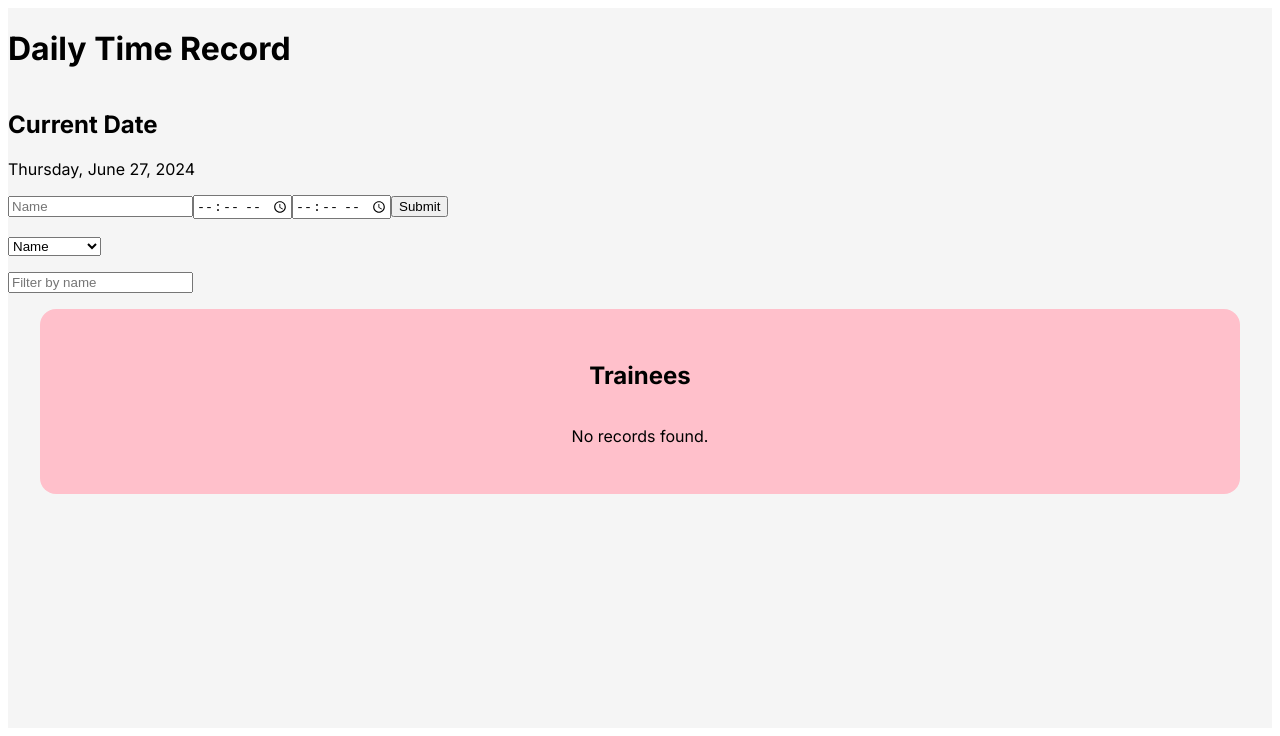
Repository: EeeeeEyyyy/daily_time_record
Page: /
These files come from the project's save history. The page is drawn as it stood at one moment and after the next save; the edit follows.
The browser window is 1280 px wide. The pictures show the whole page.
The project was rebuilt for these pictures with package versions that can differ from the ones it lists, and the page was loaded fresh each time. The framework's server and built-in components were replaced by stand-ins that run in the browser. Also part of the build but not shown: next.config.mjs, src/app/globals.css.

Above is the page before, as saved 2024-06-27 15:04:19.

### src/app/layout.js
import { Inter } from "next/font/google";
import "./globals.css";

const inter = Inter({ subsets: ["latin"] });

export const metadata = {
  title: "Daily Time Record",
  description: "Generated by create next app",
};

export default function RootLayout({ children }) {
  return (
    <html lang="en">
      <body className={inter.className}>{children}</body>
    </html>
  );
}

### src/app/page.js
"use client";
import React, { useEffect, useState } from 'react';
import styles from './page.module.css';
const DailyTimeRecord = () => {
  const [data, setData] = useState([]);
  const [name, setName] = useState('');
  const [arrivalTime, setArrivalTime] = useState('');
  const [timeOut, setTimeOut] = useState('');
  const [date, setDate] = useState('');
  const [errors, setErrors] = useState({ name: '', arrivalTime: '', timeOut: '' });
  const [filter, setFilter] = useState('');
  const [filterType, setFilterType] = useState('name');
  const [editIndex, setEditIndex] = useState(null);
  useEffect(() => {
    const storedData = JSON.parse(localStorage.getItem('user')) || [];
    setData(storedData);
    setDate(getCurrentDate());
  }, []);
  const getCurrentDate = () => {
    const now = new Date();
    return now.toLocaleDateString('en-US', {
      weekday: 'long',
      year: 'numeric',
      month: 'long',
      day: 'numeric'
    });
  };
  const formatTimeForInput = (time) => {
    const date = new Date();
    const [hours, minutes] = time.split(':');
    date.setHours(hours);
    date.setMinutes(minutes);
    return date.toTimeString().slice(0, 5);
  };
  const handleChangeName = (value) => {
    setName(value);
  };
  const handleChangeArrivalTime = (value) => {
    setArrivalTime(value);
  };
  const handleChangeTimeOut = (value) => {
    setTimeOut(value);
  };
  const handleSubmit = () => {
    const newErrors = {
      name: name ? '' : 'Name is required',
      arrivalTime: arrivalTime ? '' : 'Arrival time is required',
      timeOut: timeOut ? '' : 'Time out is required'
    };
    if (newErrors.name || newErrors.arrivalTime || newErrors.timeOut) {
      setErrors(newErrors);
      return;
    }
    const payload = {
      name,
      date,
      arrivalTime: formatTimeForInput(arrivalTime),
      timeOut: formatTimeForInput(timeOut)
    };
    if (editIndex !== null) {
      const updatedData = data.map((item, index) =>
        index === editIndex ? payload : item
      );
      setData(updatedData);
      localStorage.setItem('user', JSON.stringify(updatedData));
      setEditIndex(null);
    } else {
      const updatedData = [...data, payload];
      setData(updatedData);
      localStorage.setItem('user', JSON.stringify(updatedData));
    }
    setName('');
    setArrivalTime('');
    setTimeOut('');
    setErrors({ name: '', arrivalTime: '', timeOut: '' });
  };
  const handleDelete = (index) => {
    const updatedData = data.filter((_, i) => i !== index);
    setData(updatedData);
    localStorage.setItem('user', JSON.stringify(updatedData));
  };
  const handleEdit = (index) => {
    const record = data[index];
    setName(record.name);
    setArrivalTime(record.arrivalTime);
    setTimeOut(record.timeOut);
    setEditIndex(index);
  };
  const handleFilterChange = (e) => {
    setFilter(e.target.value);
  };
  const handleFilterTypeChange = (e) => {
    setFilterType(e.target.value);
  };
  const filteredData = data.filter((item) => {
    const searchTerm = filter.toLowerCase();
    if (filterType === 'name') {
      return item.name.toLowerCase().includes(searchTerm);
    } else if (filterType === 'date') {
      return item.date.toLowerCase().includes(searchTerm);
    } else if (filterType === 'arrivalTime') {
      return item.arrivalTime.toLowerCase().includes(searchTerm);
    } else if (filterType === 'timeOut') {
      return item.timeOut.toLowerCase().includes(searchTerm);
    }
    return false;
  });
  return (
    <div className={styles.main}>
              <h1>Daily Time Record</h1>
      <div>
        <h2>Current Date</h2>
        <p>{date}</p>
      </div>
<div>
        <input
        type="text"
        placeholder="Name"
        value={name}
        onChange={(e) => handleChangeName(e.target.value)}
      />
      {errors.name && <p style={{ color: 'red' }}>{errors.name}</p>}
      <input
        type="time"
        placeholder="Time of Arrival"
        value={arrivalTime}
        onChange={(e) => handleChangeArrivalTime(e.target.value)}
      />
      {errors.arrivalTime && <p style={{ color: 'red' }}>{errors.arrivalTime}</p>}
      <input
        type="time"
        placeholder="Time Out"
        value={timeOut}
        onChange={(e) => handleChangeTimeOut(e.target.value)}
      />
      {errors.timeOut && <p style={{ color: 'red' }}>{errors.timeOut}</p>}
      <button onClick={handleSubmit}>
        {editIndex !== null ? 'Update' : 'Submit'}
      </button>
      <div style={{ marginTop: '1rem' }}>
        <select value={filterType} onChange={handleFilterTypeChange}>
          <option value="name">Name</option>
          <option value="date">Date</option>
          <option value="arrivalTime">Arrival Time</option>
          <option value="timeOut">Time Out</option>
        </select>
        <input
          type="text"
          placeholder={`Filter by ${filterType}`}
          value={filter}
          onChange={handleFilterChange}
          style={{ display: 'block', marginTop: '1rem' }}
        />
      </div>
</div>
      <div className={styles.trainees_m}style={{ marginTop: '1rem' }}>
        <h2>Trainees</h2>
        {filteredData.length > 0 ? (
          filteredData.map((item, index) => (
            <div className={styles.trainees} key={index} style={{ marginBottom: '1rem' }}>
         <div >
               <pre >
                Name: {item.name}<br />
                Date: {item.date}<br />
                Time of Arrival: {item.arrivalTime}<br />
                Time Out: {item.timeOut}
              </pre>
         </div>
             <div className={styles.button_e_d}> <button onClick={() => handleEdit(index)}>Edit</button>
              <button onClick={() => handleDelete(index)}>Delete</button></div>
            </div>
          ))
        ) : (
          <p>No records found.</p>
        )}
      </div>
    </div>
  );
};
export default DailyTimeRecord;

### src/app/page.module.css
.main{
    background-color: #f5f5f5;
    height: 100vh;
    display:flex;
    flex-direction:column;
}
.trainees_m{
border-radius:1rem;
background:pink;
padding:2rem;
margin:2rem;
display:flex ;
flex-direction:column;
align-items: center;
}
.trainees{
    display: flex;
    flex-direction: row;
    justify-content:space-between;
    background: rgba( 255, 255, 255, 0.25 );
box-shadow: 0 8px 32px 0 rgba( 31, 38, 135, 0.37 );
backdrop-filter: blur( 4px );
-webkit-backdrop-filter: blur( 4px );
border-radius: 1rem;
border: 1px solid rgba( 255, 255, 255, 0.18 );
    margin:2rem 5rem;
    padding: 1rem;
}
.button_e_d{
    display: flex;
    flex-direction: row;
    justify-content:center;
    gap:1rem;
    height:2rem;
    align-items: center;
    padding-top:1.8rem;

}

After the next save:
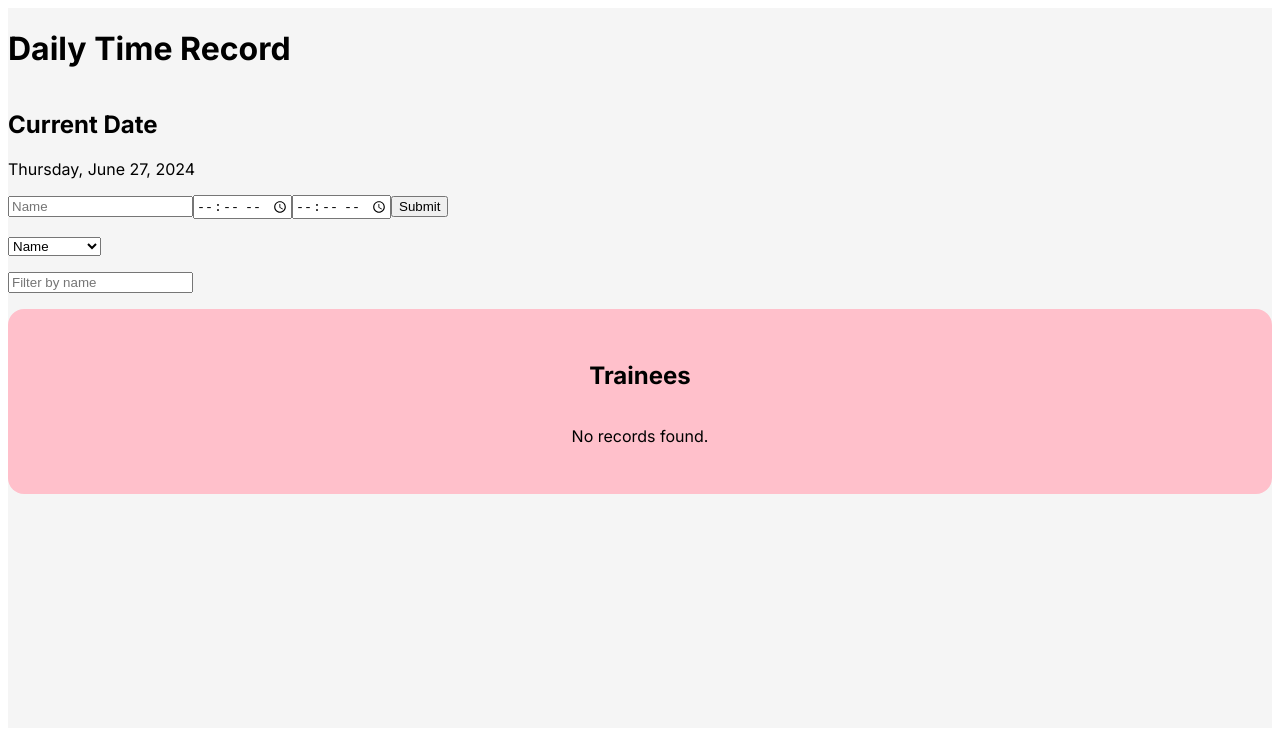
Saved 18 s later.
--- a/src/app/page.module.css
+++ b/src/app/page.module.css
@@ -8,7 +8,7 @@
 border-radius:1rem;
 background:pink;
 padding:2rem;
-margin:2rem;
+margin:2rem 0rem;
 display:flex ;
 flex-direction:column;
 align-items: center;

After the save that followed:
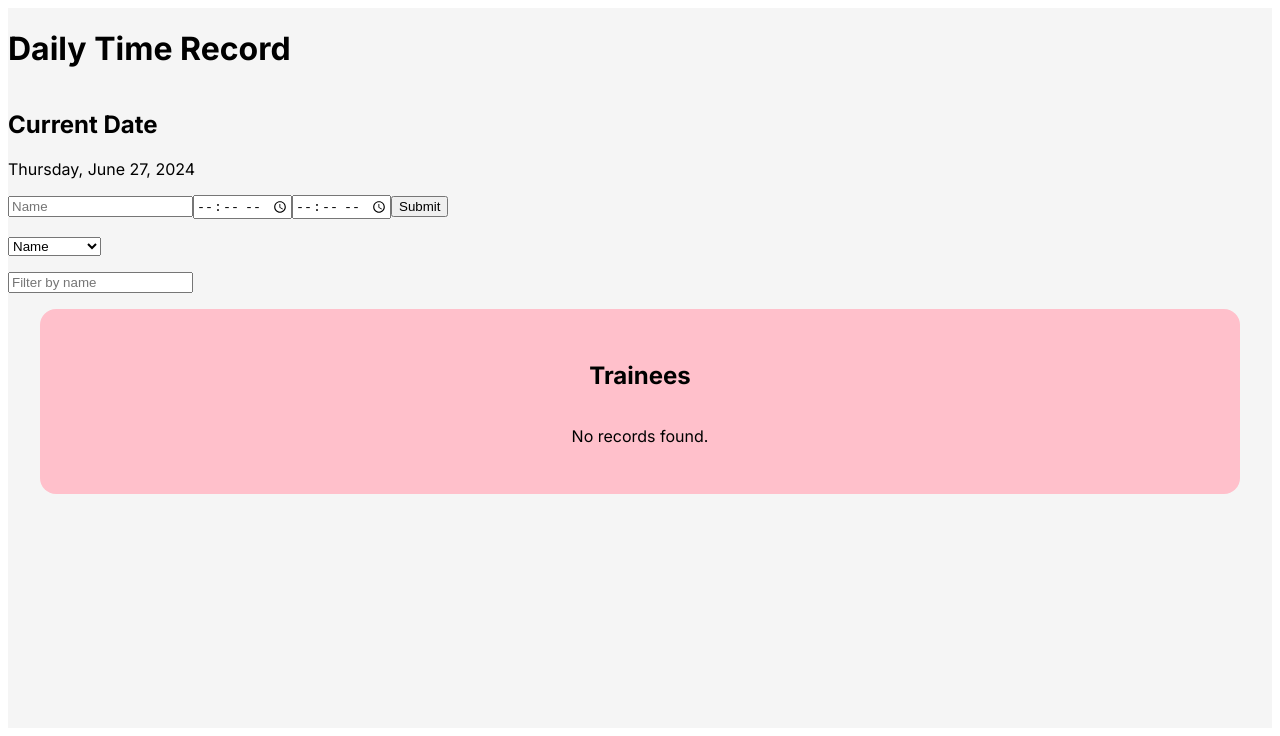
Saved 6 s later.
--- a/src/app/page.module.css
+++ b/src/app/page.module.css
@@ -8,7 +8,7 @@
 border-radius:1rem;
 background:pink;
 padding:2rem;
-margin:2rem 0rem;
+margin:2rem;
 display:flex ;
 flex-direction:column;
 align-items: center;
